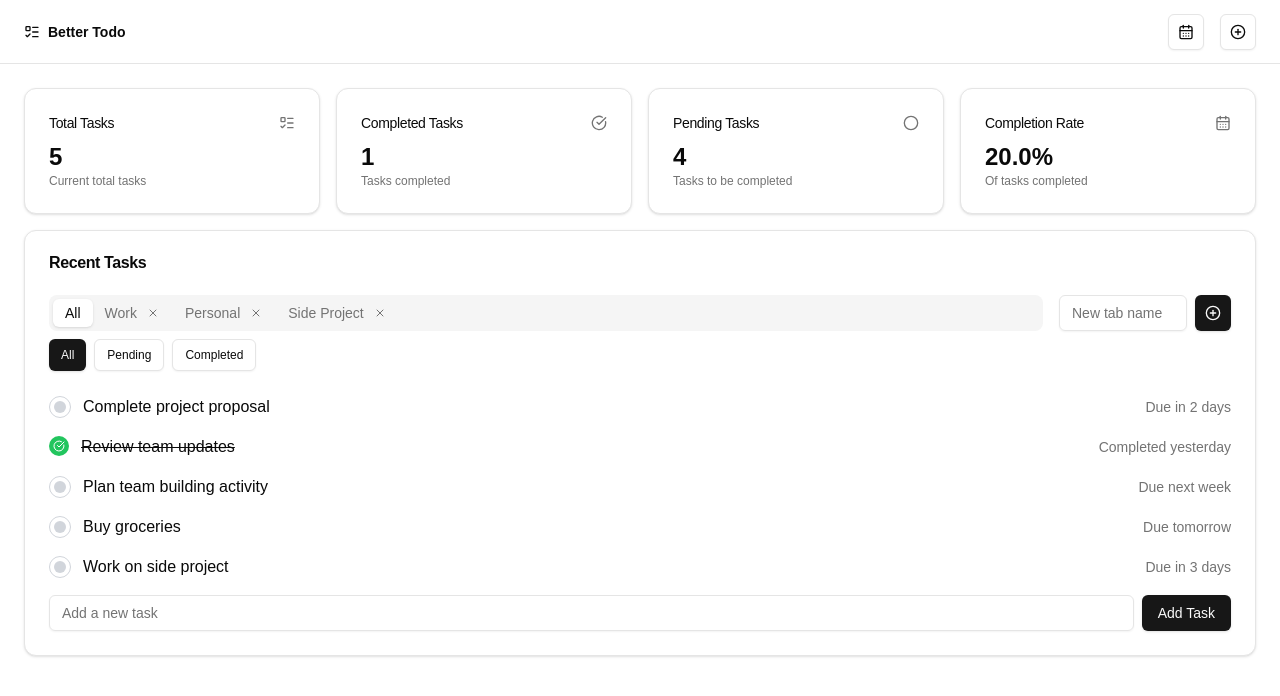
Repository: malikbarbier7/better-todo
Page: /dashboard
The author's editor kept a copy of each file at every save. The page is drawn from the files as they stood at one save, then again after the next save.
The browser window is 1280 px wide. The pictures show the whole page.
The project was rebuilt for these pictures with package versions that can differ from the ones it lists, and the page was loaded fresh each time. The framework's server and built-in components were replaced by stand-ins that run in the browser. Also part of the build but not shown: next.config.js, next.config.mjs.

Above is the page before, as saved 2024-10-04 10:51:19.

After the next save:
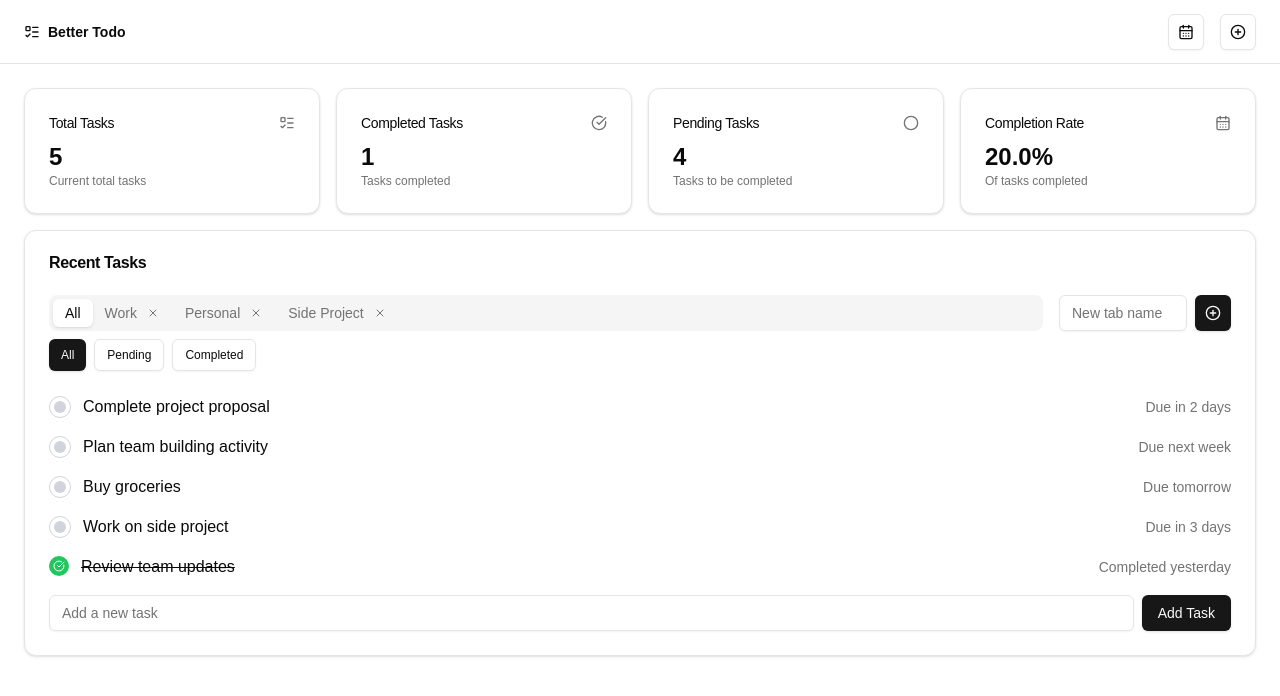
Saved 84 s later.
--- a/components/dashboard.tsx
+++ b/components/dashboard.tsx
@@ -77,9 +77,16 @@ export function Dashboard() {
     setTasks(prevTasks => {
       const updatedTasks = { ...prevTasks };
       for (const category in updatedTasks) {
-        updatedTasks[category] = updatedTasks[category].map(task =>
-          task.id.toString() === taskId ? { ...task, status: newStatus } : task
-        );
+        updatedTasks[category] = updatedTasks[category]
+          .map(task =>
+            task.id.toString() === taskId ? { ...task, status: newStatus } : task
+          )
+          .sort((a, b) => {
+            // Trier les tâches : pendantes en haut, complétées en bas
+            if (a.status === 'pending' && b.status === 'completed') return -1;
+            if (a.status === 'completed' && b.status === 'pending') return 1;
+            return 0;
+          });
       }
       return updatedTasks;
     });
@@ -98,12 +105,19 @@ export function Dashboard() {
   const completionRate = totalTasks > 0 ? ((completedTasks / totalTasks) * 100).toFixed(1) : '0.0';
 
   const filteredTasks = React.useMemo(() => {
-    return tasks[activeTab]?.filter(task => {
-      if (taskFilter === 'all') return true;
-      if (taskFilter === 'pending') return task.status === 'pending';
-      if (taskFilter === 'completed') return task.status === 'completed';
-      return true;
-    }) || [];
+    return (tasks[activeTab] || [])
+      .filter(task => {
+        if (taskFilter === 'all') return true;
+        if (taskFilter === 'pending') return task.status === 'pending';
+        if (taskFilter === 'completed') return task.status === 'completed';
+        return true;
+      })
+      .sort((a, b) => {
+        // Trier les tâches : pendantes en haut, complétées en bas
+        if (a.status === 'pending' && b.status === 'completed') return -1;
+        if (a.status === 'completed' && b.status === 'pending') return 1;
+        return 0;
+      });
   }, [tasks, activeTab, taskFilter]);
 
   return (
